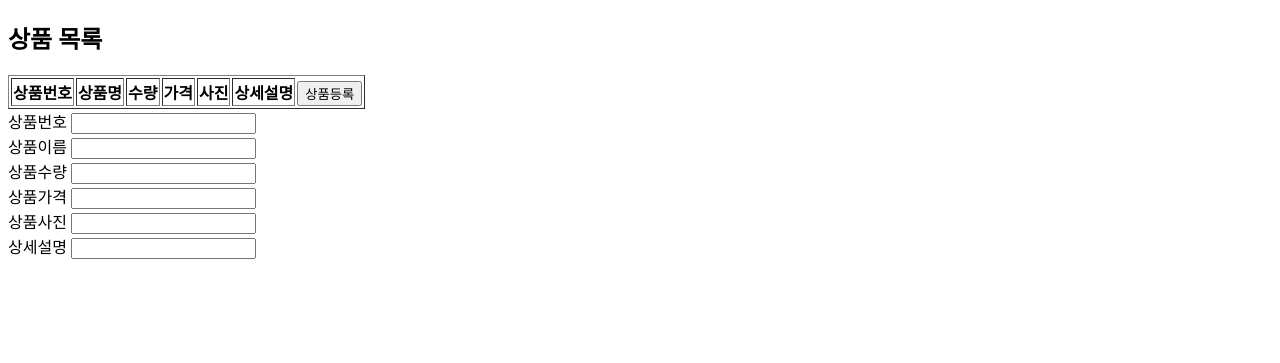
Repository: 0hmuse/day0330-2
Page: bitshop/src/main/resources/static/goods/goodslist2.html
An editor plug-in stored every save of this project. The page is shown before and after the next save, followed by the edit.
The browser window is 1280 px wide. The pictures show the whole page.
The page's requests for data from a server got no answer.

Above is the page before, as saved 2020-03-27 08:01:56.

### bitshop/src/main/resources/static/goods/goodslist2.html
<!DOCTYPE html>
<html>
<head>
<meta charset="EUC-KR">
<title>Insert title here</title>
<script type="text/javascript" src="https://code.jquery.com/jquery-3.4.1.min.js"></script>
<script type="text/javascript">
$(function(){
	var arr;
	var idx;

	//처음 접속하면 모든 리스트 출력
	listAll()

	//모든리스트 메소드
	function listAll(){
		var th1 = $("<th>상품번호</th>");
		var th2 = $("<th>상품명</th>");
		var th3 = $("<th>수량</th>");
		var th4 = $("<th>가격</th>");
		var th5 = $("<th>사진</th>");
		var th6 = $("<th>상세설명</th>");
		var btn = $("<button id='btnAdd'>상품등록</button>")
		$("#tb").append(th1,th2,th3,th4,th5,th6,btn);
		$.getJSON("/listAll",function(data){
			arr = data;
			$.each(data,function(idx,goods){

				var tr = $("<tr></tr>").attr("idx",idx);
				var no = $("<td></td>").html(goods.no);
				var item = $("<td></td>").html(goods.item)
				var qty = $("<td></td>").html(goods.qty);
				var price = $("<td></td>").html(goods.price);
				var img = $("<img/>").attr({"src":"/img/"+goods.fname, "width":100, "height":100});
				var fname = $("<td></td>").append(img);
				var detail = $("<td></td>").html(goods.detail);
				var btnDel = $("<button>삭제</button>");
				var aDel = $("<td></td>").append(btnDel);
				tr.append(no,item,qty,price,fname,detail,aDel);
				$("#tb").append(tr);
			});
		});
	}


	$("#btnAdd").on("click",function(){
		$("#tb").empty();
		var th1 = $("<th>상품번호</th>");
		var th2 = $("<th>상품명</th>");
		var th3 = $("<th>수량</th>");
		var th4 = $("<th>가격</th>");
		var th5 = $("<th>사진</th>");
		var th6 = $("<th>상세설명</th>");
		$("#tb").append(th1,th2,th3,th4,th5,th6);
		var i_no = $("<td><input type=text id='no' name='id'></td>")
		var i_item = $("<td><input type=text id='item' name='item'></td>")
		var i_qty = $("<td><input type=text id='qty' name='qty'></td>")
		var i_price = $("<td><input type=text id='price' name='price'></td>")
		var i_fname = $("<td><input type=file id='fname' name='fname'></td>")
		var i_detail = $("<td><input type=text id='detail' name='detail'></td>")
		var i_btn = $("<button id='add'>등록</button>");

		var title = $("#title").html("상품등록");
		var i_tr = $("<tr></tr>").append(i_no,i_item,i_qty,i_price,i_fname,i_detail,i_btn);
		$("#tb").append(i_tr);

		$("#add").on("click",function(){
			//var data = $("#f").serialize();
			var data = {no:i_no,item:i_item,qty:i_qty,price:i_price,fname:i_fname,detial:i_detail};
			alert(data);
			$.ajax("/insert",{data:data,success:function(r){
				alert(r);
			}})
		})
	})

});
</script>
</head>
<body>
<h2 id="title">상품 목록</h2>
<form id="f">
	<table id="tb" border="1">
	</table>
	상품번호 <input type="text" id="no" name="no"><br>
	상품이름 <input type="text" id="item" name="item"><br>
	상품수량 <input type="text" id="qty" name="qty"><br>
	상품가격 <input type="text" id="price" name="price"><br>
	상품사진 <input type="text" id="fname" name="fname"><br>
	상세설명 <input type="text" id="detail" name="detail"><br>
</form>


</body>
</html>

After the next save:
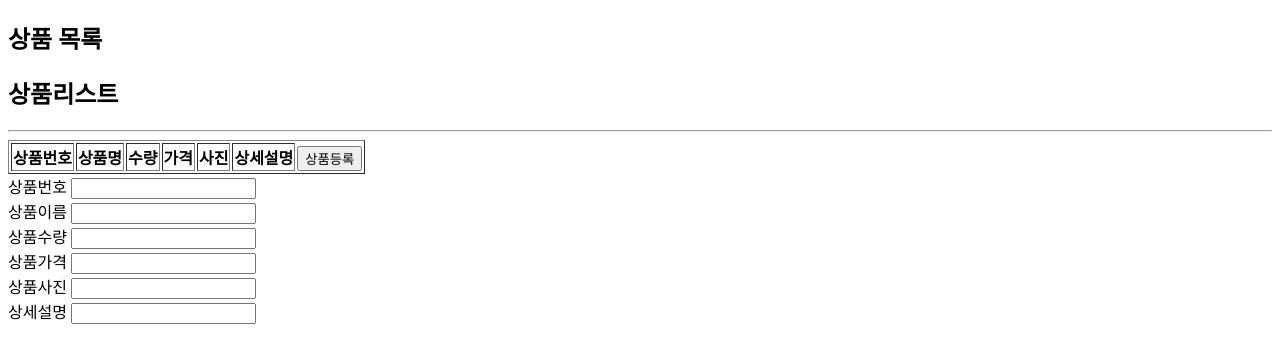
Saved 95 s later.
--- a/bitshop/src/main/resources/static/goods/goodslist2.html
+++ b/bitshop/src/main/resources/static/goods/goodslist2.html
@@ -80,6 +80,8 @@ $(function(){
 <body>
 <h2 id="title">상품 목록</h2>
 <form id="f">
+<h2>상품리스트</h2>
+<hr>
 	<table id="tb" border="1">
 	</table>
 	상품번호 <input type="text" id="no" name="no"><br>
